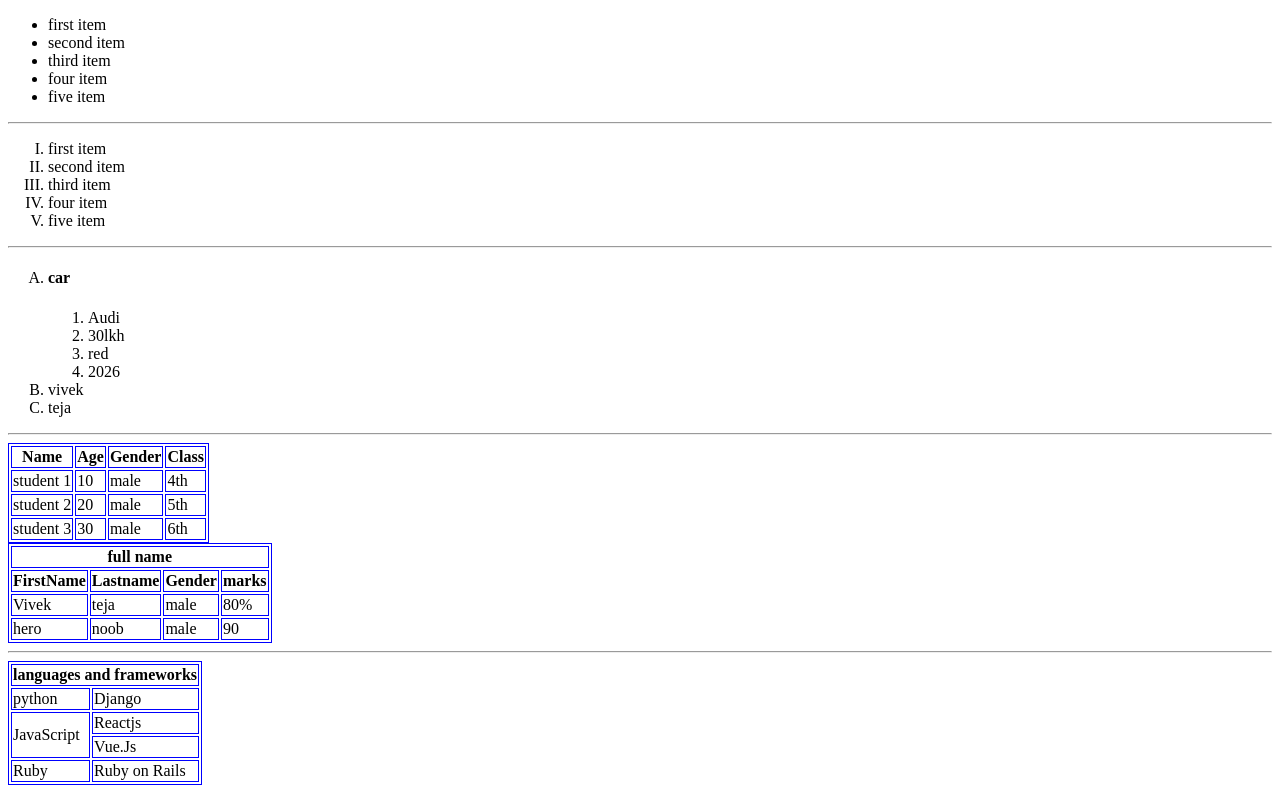
Repository: viveknaidu007/repo-166-Full-Stack-Development-Learning-Notes-Innomatics-2024
Page: module_1-html,css,bootstrap/spet_20_2024/index.html
These files come from the project's save history. The page is drawn as it stood at one moment and after the next save; the edit follows.
The browser window is 1280 px wide. The pictures show the whole page.

Above is the page before, as saved 2024-09-21 13:29:39.

After the next save:
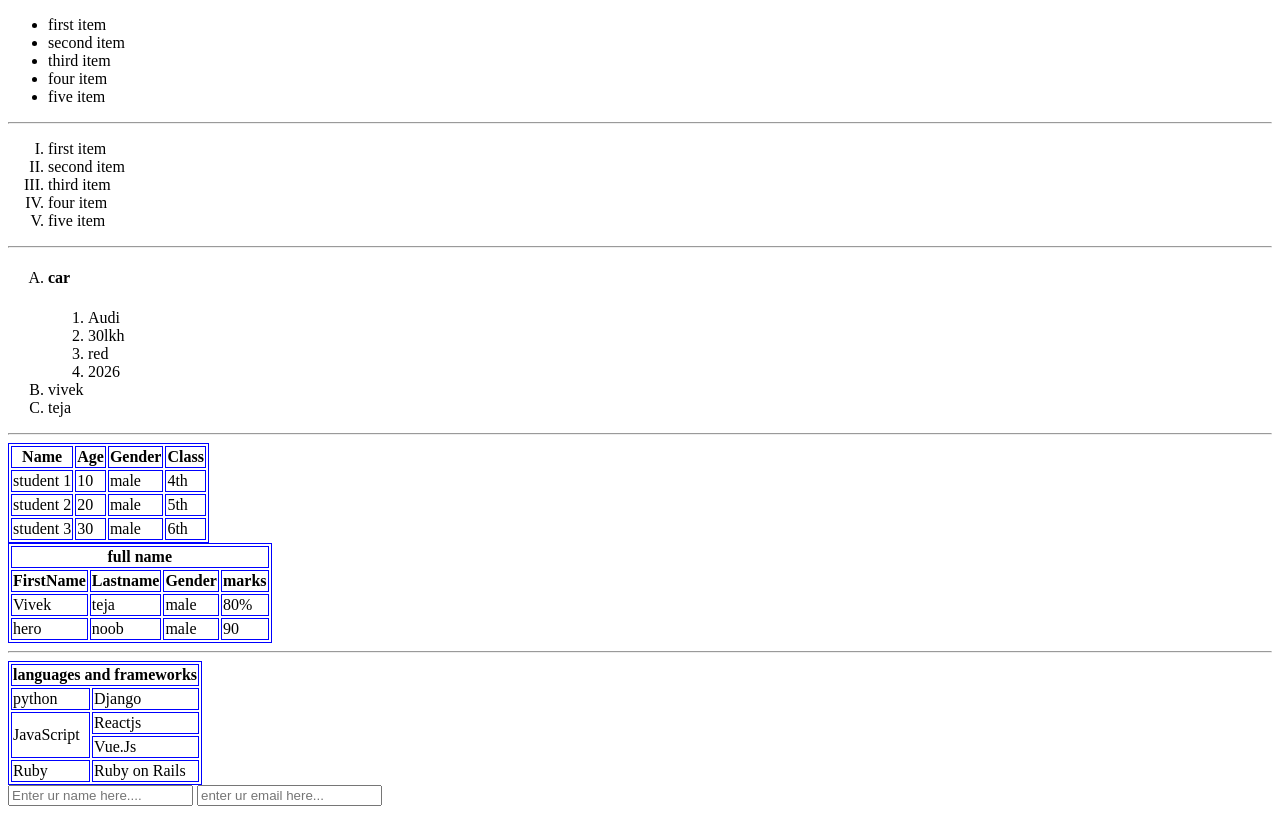
Saved 53 min 56 s later.
--- a/module_1-html,css,bootstrap/spet_20_2024/index.html
+++ b/module_1-html,css,bootstrap/spet_20_2024/index.html
@@ -125,5 +125,7 @@
         </tr>
     </table>
 
+    <input type="text" placeholder="Enter ur name here...."/>
+    <input type="text" placeholder="enter ur email here..."/>
 </body>
 </html>
